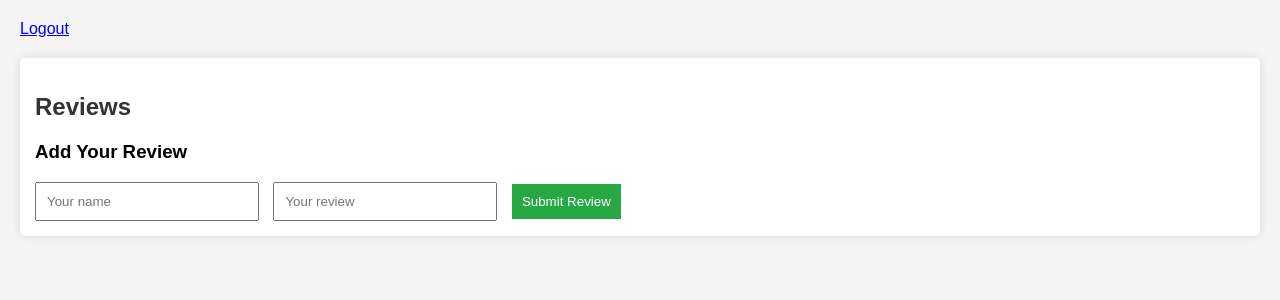
Repository: HitheshSoosaiManickam/Movie-Review-System
Page: Web_Tech/frontend/movie.html
These files come from the project's save history. The page is drawn as it stood at one moment and after the next save; the edit follows.
The browser window is 1280 px wide. The pictures show the whole page.
The page's requests for data from a server got no answer.

Above is the page before, as saved 2024-10-24 20:24:44.

### Web_Tech/frontend/movie.html
<!DOCTYPE html>
<html lang="en">
<head>
    <meta charset="UTF-8">
    <meta name="viewport" content="width=device-width, initial-scale=1.0">
    <title>Movie Reviews</title>
    <link rel="stylesheet" href="styles.css">
</head>
<body>
    <div class="header" style="text-align: right;">
        <a href="./login.html" id="logout">Logout</a>
    </div>

    <div id="movieDetails">
        <h2>Reviews</h2>

        <div id="reviews">
            <!-- Submitted reviews will appear here -->
        </div>

        <h3>Add Your Review</h3>
        <input type="text" id="userName" placeholder="Your name">
        <input type="text" id="reviewContent" placeholder="Your review">
        <button id="submitReview">Submit Review</button>
    </div>

    <!-- JavaScript file to handle review submission -->
    <script>
        document.addEventListener("DOMContentLoaded", () => {
            const reviewsDiv = document.getElementById("reviews");
            const submitButton = document.getElementById("submitReview");
            const userName = document.getElementById("userName");
            const reviewContent = document.getElementById("reviewContent");

            // Fetch and display existing reviews from MongoDB
            async function loadReviews() {
                try {
                    const response = await fetch('http://localhost:3000/api/reviews');
                    if (!response.ok) {
                        throw new Error('Failed to fetch reviews');
                    }
                    const reviews = await response.json();

                    // Display each review
                    reviews.forEach(review => {
                        addReview(review.username, review.content);
                    });
                } catch (error) {
                    console.error('Error loading reviews:', error);
                }
            }

            // Function to display a new review
            function addReview(name, content) {
                const reviewContainer = document.createElement("div");
                reviewContainer.className = "review-item";

                const userNameElem = document.createElement("h4");
                userNameElem.textContent = name;

                const reviewText = document.createElement("p");
                reviewText.textContent = content;

                reviewContainer.appendChild(userNameElem);
                reviewContainer.appendChild(reviewText);

                reviewsDiv.appendChild(reviewContainer);
            }

            // Handle review submission
            submitButton.addEventListener("click", async () => {
                const name = userName.value.trim();
                const reviewText = reviewContent.value.trim();

                if (name && reviewText) {
                    try {
                        // Save review to the server (MongoDB)
                        const response = await fetch('http://localhost:3000/api/reviews', {
                            method: 'POST',
                            headers: {
                                'Content-Type': 'application/json',
                            },
                            body: JSON.stringify({ username: name, content: reviewText }),
                        });

                        const data = await response.json();
                        alert(data.message);

                        // Display the review on the page
                        addReview(name, reviewText);

                        // Clear input fields after submission
                        userName.value = "";
                        reviewContent.value = "";
                    } catch (error) {
                        console.error('Error submitting review:', error);
                        alert('There was an error submitting your review. Please try again.');
                    }
                } else {
                    alert("Please fill in your name and review before submitting.");
                }
            });

            // Load reviews on page load
            loadReviews();
        });
    </script>
</body>
</html>

### Web_Tech/frontend/styles.css
body {
    font-family: Arial, sans-serif;
    margin: 0;
    padding: 20px;
    background-color: #f4f4f4;
}

h1, h2 {
    color: #333;
}

.header {
    display: flex;
    justify-content: space-between;
    align-items: center;
}

form {
    margin: 20px 0;
}

input {
    padding: 10px;
    margin-right: 10px;
    width: 200px;
}

button {
    padding: 10px;
    background-color: #28a745;
    color: white;
    border: none;
    cursor: pointer;
}

button:hover {
    background-color: #218838;
}

#movies {
    display: flex;
    flex-wrap: wrap;
}

.movie-card {
    background: #fff;
    margin: 10px;
    padding: 15px;
    border-radius: 5px;
    box-shadow: 0 0 10px rgba(0, 0, 0, 0.1);
    width: 200px;
}

.movie-card img {
    max-width: 100%;
    border-radius: 5px;
}

#movieDetails {
    background: #fff;
    padding: 15px;
    margin: 20px 0;
    border-radius: 5px;
    box-shadow: 0 0 10px rgba(0, 0, 0, 0.1);
}

After the next save:
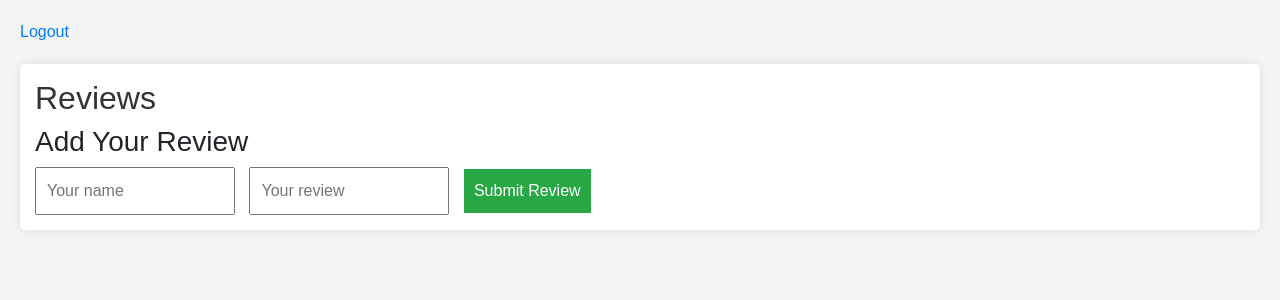
Saved 4 min 3 s later.
--- a/Web_Tech/frontend/movie.html
+++ b/Web_Tech/frontend/movie.html
@@ -4,6 +4,7 @@
     <meta charset="UTF-8">
     <meta name="viewport" content="width=device-width, initial-scale=1.0">
     <title>Movie Reviews</title>
+    <link rel="stylesheet" href="https://stackpath.bootstrapcdn.com/bootstrap/4.5.2/css/bootstrap.min.css">
     <link rel="stylesheet" href="styles.css">
 </head>
 <body>
